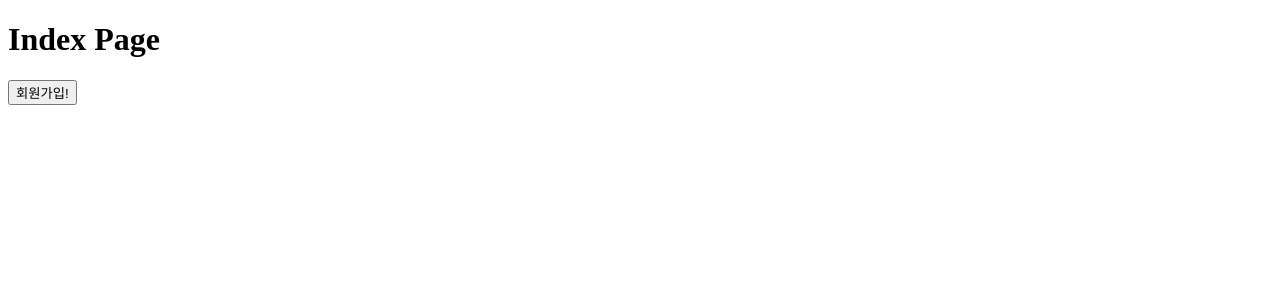
Repository: Kimsj112/servlet_study
Page: http://localhost/day03_mvc/
An editor plug-in stored every save of this project. The page is shown before and after the next save, followed by the edit.
The browser window is 1280 px wide. The pictures show the whole page.
The page is served by Tomcat 9.

Above is the page before, as saved 2024-03-28 02:20:38.

After the next save:
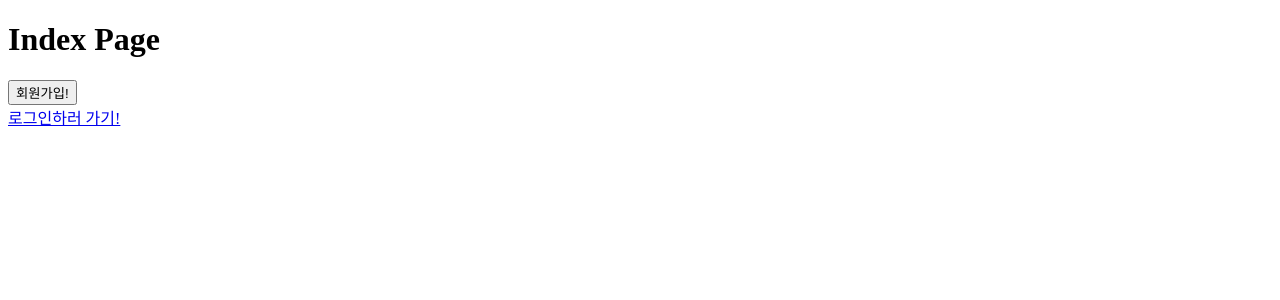
Saved 47 s later.
--- a/workspace/day03_mvc/src/main/webapp/index.jsp
+++ b/workspace/day03_mvc/src/main/webapp/index.jsp
@@ -13,7 +13,7 @@
 	  <button type="submit">회원가입!</button>
 	</form>
 
-
+	<a href="/member/login.me">로그인하러 가기!</a>
 
 </body>
 </html>
